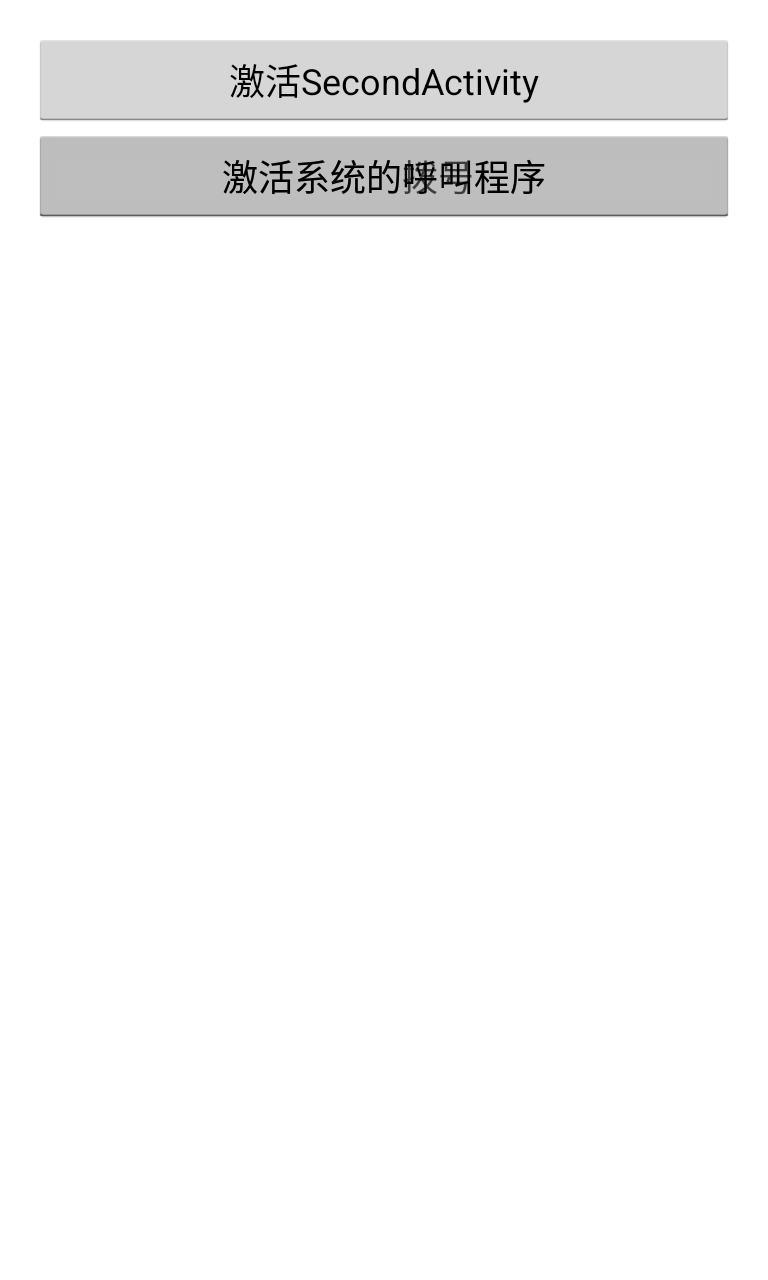
Repository: xuelang201201/Android
Layout: Android基础/Intent/res/layout/activity_main.xml
The author's editor kept a copy of each file at every save. The layout is drawn from the files as they stood at one save, then again after the next save.
It is drawn on a 768 x 1280 px phone screen (xhdpi) without system bars, with theme AppTheme; the app's code is not run.

Above is the layout before, as saved 2016-02-15 07:09:36.

After the next save:
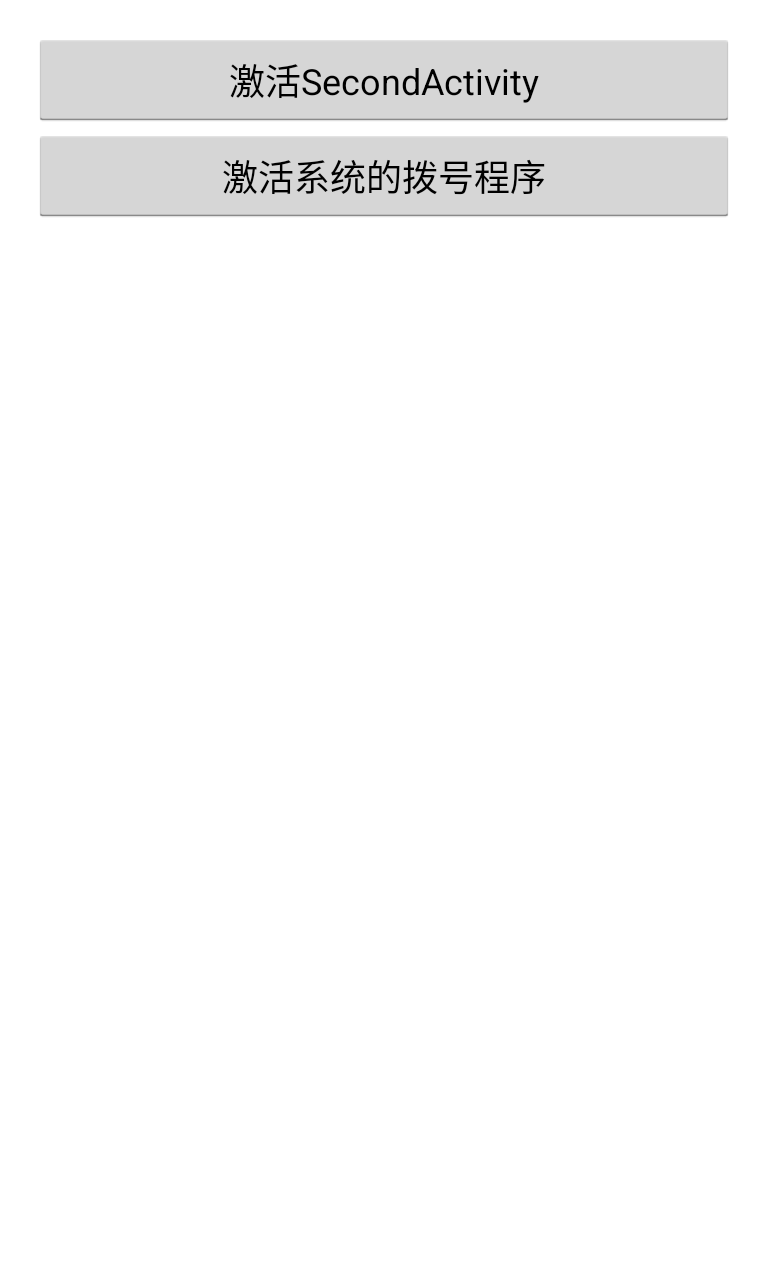
Saved 9 s later.
--- a/Android基础/Intent/res/layout/activity_main.xml
+++ b/Android基础/Intent/res/layout/activity_main.xml
@@ -24,12 +24,4 @@
         android:layout_centerHorizontal="true"
         android:text="激活系统的拨号程序" />
 
-    <Button
-        android:id="@+id/btn_call"
-        android:layout_width="match_parent"
-        android:layout_height="wrap_content"
-        android:layout_below="@+id/btn_start_second"
-        android:layout_centerHorizontal="true"
-        android:text="激活系统的呼叫程序" />
-
 </RelativeLayout>
